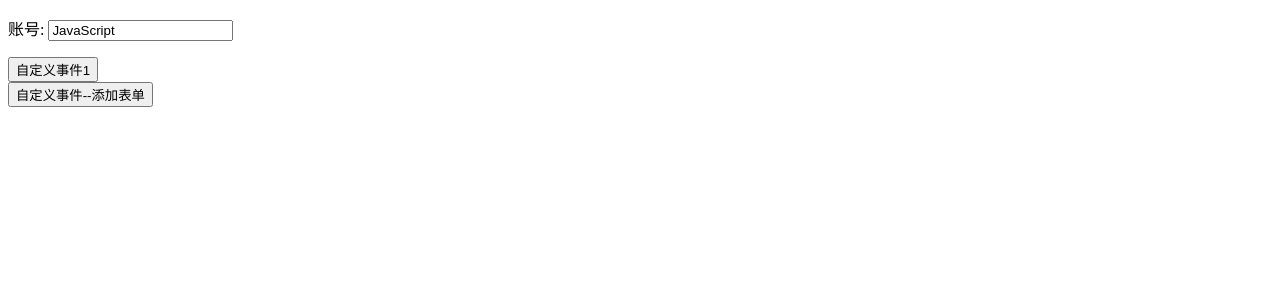
Repository: qyl1006/JavaApps
Page: workspace/web-01-html/WebContent/hello/test.html
The author's editor kept a copy of each file at every save. The page is drawn from the files as they stood at one save, then again after the next save.
The browser window is 1280 px wide. The pictures show the whole page.

Above is the page before, as saved 2018-02-27 12:40:22.

After the next save:
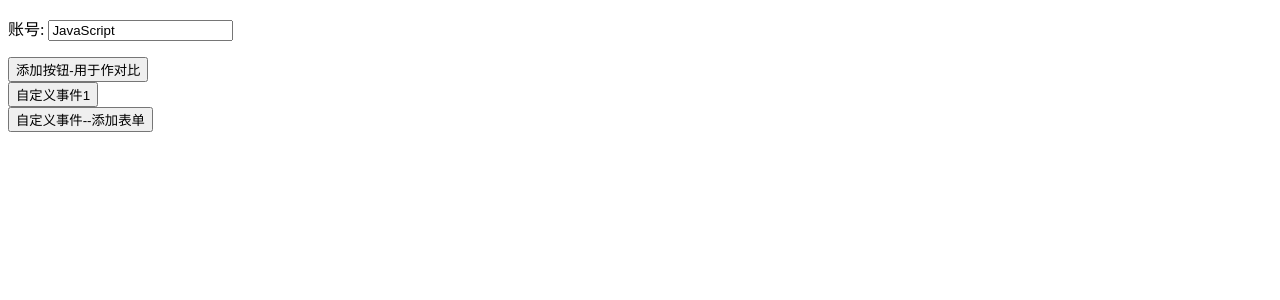
Saved 77 s later.
--- a/workspace/web-01-html/WebContent/hello/test.html
+++ b/workspace/web-01-html/WebContent/hello/test.html
@@ -8,6 +8,7 @@
 <body>
 	<form action="#" method="get" id="f1">
 		<p>账号: <input type="text" name="username" value="JavaScript"/></p>
+		<input type="submit" value="添加按钮-用于作对比"/><br>
 		<input type="button" value="自定义事件1" onclick="add()"/><br>
 		<input type="button" value="自定义事件--添加表单" onclick="submitForm()"/>
 	</form>
